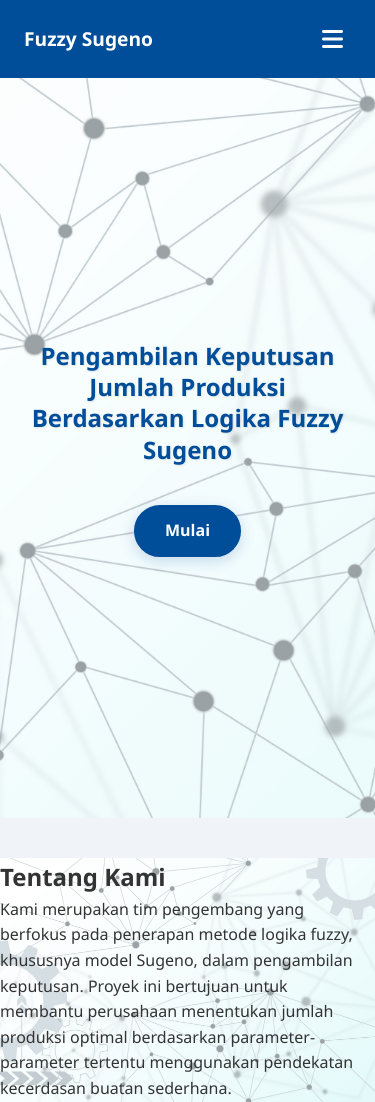
Repository: Senicccc/Defuzzy-Sugeno
Page: http://localhost/
An editor plug-in stored every save of this project. The page is shown before and after the next save, followed by the edit.
The browser window is 375 px wide. The pictures show the whole page.
The page is run by PHP 8.4 with error messages shown; the project is at /var/www/html/.

Above is the page before, as saved 2025-06-08 11:10:45.

### index.php
<!DOCTYPE html>
<html lang="id">

<head>
    <meta charset="UTF-8" />
    <meta name="viewport" content="width=device-width, initial-scale=1.0" />
    <title>Fuzzy Sugeno - Produksi</title>
    <link rel="icon" href="img/favicon.png" type="image/png">
    <link rel="stylesheet" href="css/index.css">
</head>

<body>

    <?php
    require_once 'php/header-index.php';
    ?>

    <section class="hero" style="background: url('img/menu-bg.jpg') center center/cover no-repeat;">
        <h1>Pengambilan Keputusan Jumlah Produksi Berdasarkan Logika Fuzzy Sugeno</h1>
        <a href="php/form.php" class="start-button">Mulai</a>
    </section>

    <section class="about" style="background: url('img/menu-bg.jpg') center center/cover no-repeat; margin-top: 40px;">
        <h1>Tentang Kami</h1>
        <div class="about-content">
            <p>
                Kami merupakan tim pengembang yang berfokus pada penerapan metode logika fuzzy, khususnya model Sugeno,
                dalam pengambilan keputusan. Proyek ini bertujuan untuk membantu perusahaan menentukan jumlah produksi
                optimal berdasarkan parameter-parameter tertentu menggunakan pendekatan kecerdasan buatan sederhana.
            </p>
        </div>
    </section>

</body>

</html>

### php/header-index.php
<!DOCTYPE html>
<html lang="id">

<head>
    <meta charset="UTF-8" />
    <meta name="viewport" content="width=device-width, initial-scale=1.0" />
    <title>Fuzzy Sugeno - Produksi</title>
    <link rel="stylesheet" href="https://cdnjs.cloudflare.com/ajax/libs/font-awesome/6.0.0/css/all.min.css">

    <style>
    * {
        margin: 0;
        padding: 0;
        box-sizing: border-box;
        font-family: 'Segoe UI', Tahoma, Geneva, Verdana, sans-serif;
    }

    body {
        background: #f0f4f8;
        color: #333;
    }

    nav {
        background-color: #004d99;
        position: sticky;
        top: 0;
        z-index: 1000;
        padding: 1.4rem 2.4rem;
    }

    .nav-container {
        display: flex;
        justify-content: space-between;
        align-items: center;
        max-width: 1200px;
        margin: 0 auto;
        flex-wrap: wrap;
    }

    .logo {
        color: white;
        font-weight: 800;
        font-size: larger;
    }

    .nav-links {
        display: flex;
        gap: 2rem;
    }

    .nav-links a {
        text-decoration: none;
        color: white;
        font-weight: 500;
        font-size: 1rem;
        transition: color 0.3s;
    }

    .nav-links a:hover {
        color: #ffcc00;
    }

    .burger {
        display: none;
        font-size: 1.5rem;
        color: white;
        cursor: pointer;
        padding: 0.5rem;
    }

    @media (max-width: 768px) {
        .nav-links {
            display: none;
            flex-direction: column;
            background-color: #004d99;
            width: 100%;
            text-align: center;
            margin-top: 1rem;
            padding-bottom: 1rem;
            gap: 1rem;
            order: 1;
        }

        .nav-links.active {
            display: flex;
        }

        .burger {
            display: block;
            margin-left: auto;
            /* Memposisikan burger di kanan */
        }

        nav {
            padding: 0.75rem 1.5rem;
        }
    }
    </style>
</head>

<body>

    <nav>
        <div class="nav-container">
            <div class="logo">Fuzzy Sugeno</div>
            <div class="burger" id="burger"><i class="fas fa-bars"></i></div>
            <div class="nav-links" id="navLinks">
                <a href="index.php">Home</a>
                <a href="index.php#about">About</a>
                <a href="php/form.php">Hitung</a>
                <a href="php/account.php">Akun</a>
                <?php if (isset($_SESSION['user_id'])): ?>
                <a href="php/logout.php">Logout</a>
                <?php else: ?>
                <a href="php/login.php">Login</a>
                <?php endif; ?>
            </div>
        </div>
    </nav>

    <script>
    const burger = document.getElementById('burger');
    const navLinks = document.getElementById('navLinks');

    burger.addEventListener('click', () => {
        navLinks.classList.toggle('active');
    });
    </script>

</body>

</html>

### css/index.css

* {
    margin: 0;
    padding: 0;
    box-sizing: border-box;
    font-family: 'Segoe UI', Tahoma, Geneva, Verdana, sans-serif;
}

body {
    background: linear-gradient(135deg, #f0f4f8 0%, #dfe7ee 100%);
    color: #333;
    min-height: 100vh;
    line-height: 1.6;
}

/* Hero Section */
.hero {
    display: flex;
    flex-direction: column;
    justify-content: center;
    align-items: center;
    text-align: center;
    min-height: calc(100vh - 80px);
    padding: 2rem;
    background-image:
        radial-gradient(circle at 10% 20%, rgba(0, 77, 153, 0.05) 0%, transparent 20%),
        radial-gradient(circle at 90% 80%, rgba(0, 77, 153, 0.05) 0%, transparent 20%);
}

.hero h1 {
    font-size: 2.5rem;
    font-weight: 700;
    color: #004d99;
    margin-bottom: 2rem;
    max-width: 800px;
    line-height: 1.3;
    text-shadow: 1px 1px 2px rgba(0,0,0,0.1);
}

.start-button {
    display: inline-block;
    background-color: #004d99;
    color: white;
    padding: 1rem 2.5rem;
    border-radius: 50px;
    text-decoration: none;
    font-weight: 600;
    font-size: 1.2rem;
    transition: all 0.3s ease;
    box-shadow: 0 4px 15px rgba(0, 77, 153, 0.2);
    border: 2px solid #004d99;
    margin-top: 1rem;
}

.start-button:hover {
    background-color: #ffcc00;
    color: #004d99;
    transform: translateY(-3px);
    box-shadow: 0 6px 20px rgba(0, 77, 153, 0.3);
}

.start-button:active {
    transform: translateY(1px);
}

/* Responsive Design */
@media (max-width: 768px) {
    .hero {
        padding: 1.5rem;
        min-height: calc(100vh - 60px);
    }

    .hero h1 {
        font-size: 1.8rem;
        margin-bottom: 1.5rem;
    }

    .start-button {
        padding: 0.8rem 2rem;
        font-size: 1rem;
    }
}

@media (max-width: 480px) {
    .hero h1 {
        font-size: 1.5rem;
    }

    .start-button {
        padding: 0.7rem 1.8rem;
    }
}

/* Animasi */
@keyframes fadeIn {
    from { opacity: 0; transform: translateY(20px); }
    to { opacity: 1; transform: translateY(0); }
}

.hero {
    animation: fadeIn 0.8s ease-out forwards;
}

.start-button {
    animation: fadeIn 1s ease-out 0.3s both;
}

After the next save:
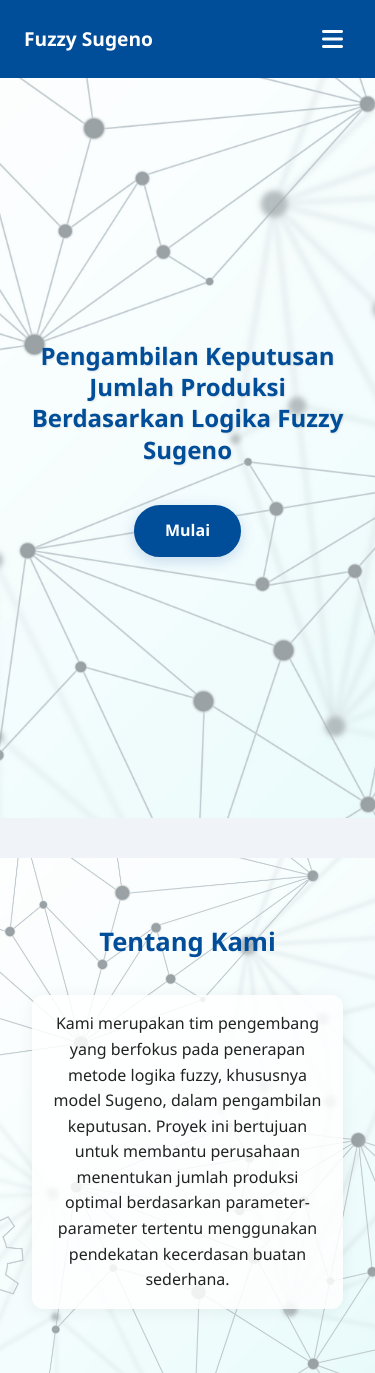
Saved 14 s later.
--- a/css/index.css
+++ b/css/index.css
@@ -1,4 +1,4 @@
-
+/* Reset & Base Styles */
 * {
     margin: 0;
     padding: 0;
@@ -25,6 +25,7 @@
     background-image:
         radial-gradient(circle at 10% 20%, rgba(0, 77, 153, 0.05) 0%, transparent 20%),
         radial-gradient(circle at 90% 80%, rgba(0, 77, 153, 0.05) 0%, transparent 20%);
+    animation: fadeIn 0.8s ease-out forwards;
 }
 
 .hero h1 {
@@ -50,6 +51,7 @@
     box-shadow: 0 4px 15px rgba(0, 77, 153, 0.2);
     border: 2px solid #004d99;
     margin-top: 1rem;
+    animation: fadeIn 1s ease-out 0.3s both;
 }
 
 .start-button:hover {
@@ -61,6 +63,28 @@
 
 .start-button:active {
     transform: translateY(1px);
+}
+
+/* About Section */
+.about {
+    padding: 4rem 2rem;
+    text-align: center;
+}
+
+.about h1 {
+    font-size: 2rem;
+    color: #004d99;
+    margin-bottom: 2rem;
+}
+
+.about-content {
+    max-width: 700px;
+    margin: 0 auto;
+    background: rgba(255,255,255,0.85);
+    border-radius: 12px;
+    padding: 2rem;
+    color: #222;
+    box-shadow: 0 2px 16px rgba(0,0,0,0.06);
 }
 
 /* Responsive Design */
@@ -79,6 +103,14 @@
         padding: 0.8rem 2rem;
         font-size: 1rem;
     }
+
+    .about h1 {
+        font-size: 1.6rem;
+    }
+
+    .about-content {
+        padding: 1.5rem;
+    }
 }
 
 @media (max-width: 480px) {
@@ -89,18 +121,14 @@
     .start-button {
         padding: 0.7rem 1.8rem;
     }
+
+    .about-content {
+        padding: 1rem;
+    }
 }
 
-/* Animasi */
+/* Animations */
 @keyframes fadeIn {
     from { opacity: 0; transform: translateY(20px); }
     to { opacity: 1; transform: translateY(0); }
 }
-
-.hero {
-    animation: fadeIn 0.8s ease-out forwards;
-}
-
-.start-button {
-    animation: fadeIn 1s ease-out 0.3s both;
-}

After the save that followed:
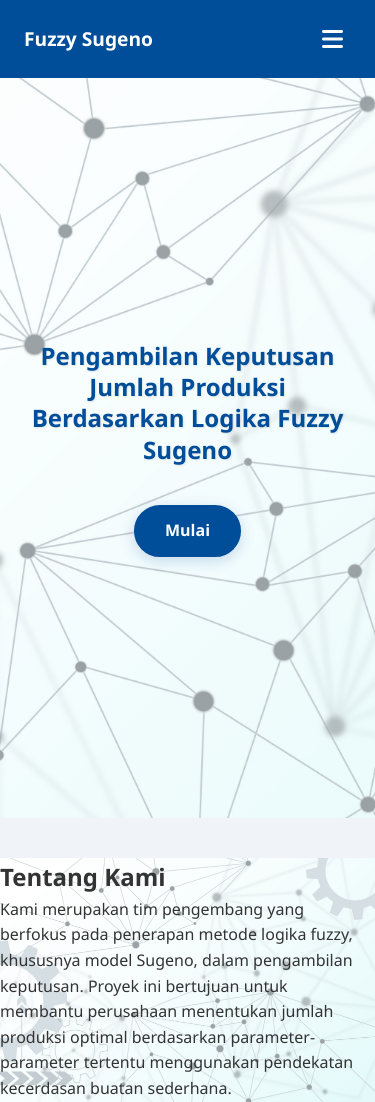
Saved 12 s later.
--- a/css/index.css
+++ b/css/index.css
@@ -1,4 +1,4 @@
-/* Reset & Base Styles */
+
 * {
     margin: 0;
     padding: 0;
@@ -25,7 +25,6 @@
     background-image:
         radial-gradient(circle at 10% 20%, rgba(0, 77, 153, 0.05) 0%, transparent 20%),
         radial-gradient(circle at 90% 80%, rgba(0, 77, 153, 0.05) 0%, transparent 20%);
-    animation: fadeIn 0.8s ease-out forwards;
 }
 
 .hero h1 {
@@ -51,7 +50,6 @@
     box-shadow: 0 4px 15px rgba(0, 77, 153, 0.2);
     border: 2px solid #004d99;
     margin-top: 1rem;
-    animation: fadeIn 1s ease-out 0.3s both;
 }
 
 .start-button:hover {
@@ -63,28 +61,6 @@
 
 .start-button:active {
     transform: translateY(1px);
-}
-
-/* About Section */
-.about {
-    padding: 4rem 2rem;
-    text-align: center;
-}
-
-.about h1 {
-    font-size: 2rem;
-    color: #004d99;
-    margin-bottom: 2rem;
-}
-
-.about-content {
-    max-width: 700px;
-    margin: 0 auto;
-    background: rgba(255,255,255,0.85);
-    border-radius: 12px;
-    padding: 2rem;
-    color: #222;
-    box-shadow: 0 2px 16px rgba(0,0,0,0.06);
 }
 
 /* Responsive Design */
@@ -103,14 +79,6 @@
         padding: 0.8rem 2rem;
         font-size: 1rem;
     }
-
-    .about h1 {
-        font-size: 1.6rem;
-    }
-
-    .about-content {
-        padding: 1.5rem;
-    }
 }
 
 @media (max-width: 480px) {
@@ -121,14 +89,18 @@
     .start-button {
         padding: 0.7rem 1.8rem;
     }
-
-    .about-content {
-        padding: 1rem;
-    }
 }
 
-/* Animations */
+/* Animasi */
 @keyframes fadeIn {
     from { opacity: 0; transform: translateY(20px); }
     to { opacity: 1; transform: translateY(0); }
 }
+
+.hero {
+    animation: fadeIn 0.8s ease-out forwards;
+}
+
+.start-button {
+    animation: fadeIn 1s ease-out 0.3s both;
+}
